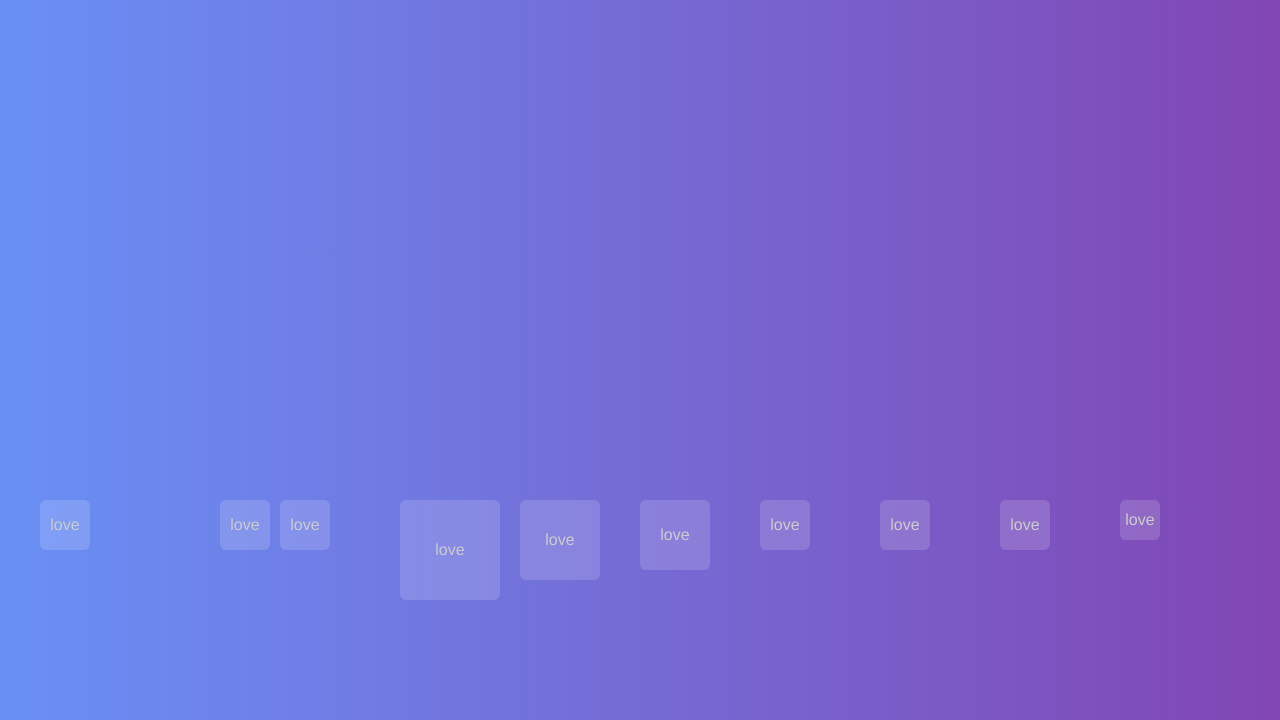
Repository: ddshiyu/qiongqiong
Page: index.html
An editor plug-in stored every save of this project. The page is shown before and after a run of saves, followed by the edit.
The browser window is 1280 px wide. The pictures show the whole page.

Above is the page before, as saved 2019-12-29 10:49:33.

After the next 4 saves:
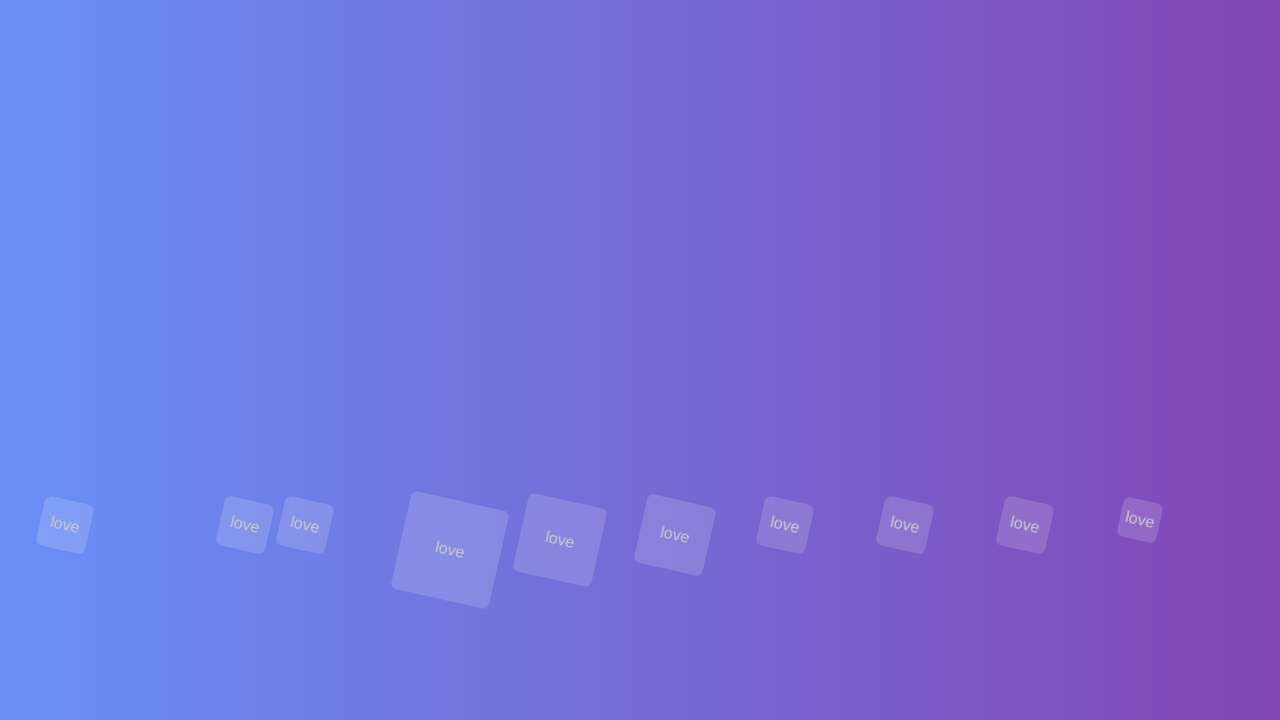
The 4 saves are shown as one change because they came seconds apart.
The last was saved 12 s later.
--- a/index.css
+++ b/index.css
@@ -20,7 +20,7 @@ body{
     background-color:rgba(255,255,255,0.15);
     border-radius:6px;
     color:#ccc;
-    /* //animation:ball 15s infinite; */
+    animation:ball 15s infinite;
 }
 .ball-box li:nth-child(1){
     left:20%;
